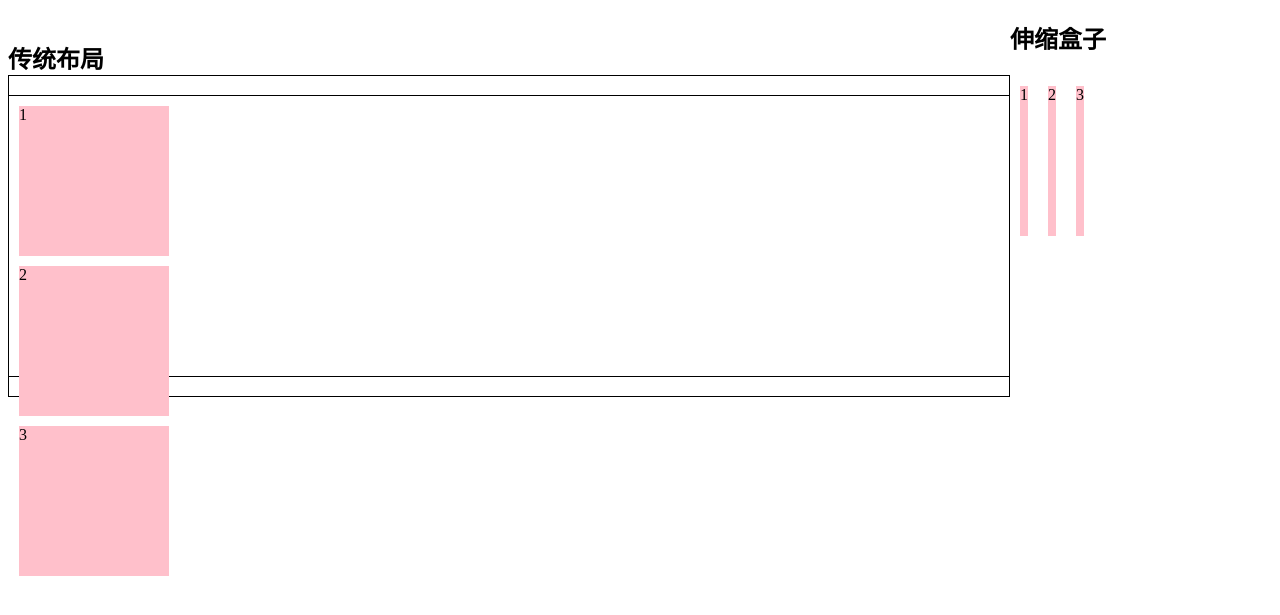
Repository: liuxi0811/web-demo
Page: 伸缩布局.html
An editor plug-in stored every save of this project. The page is shown before and after the next save, followed by the edit.
The browser window is 1280 px wide. The pictures show the whole page.

Above is the page before, as saved 2020-12-03 18:08:13.

After the next save:
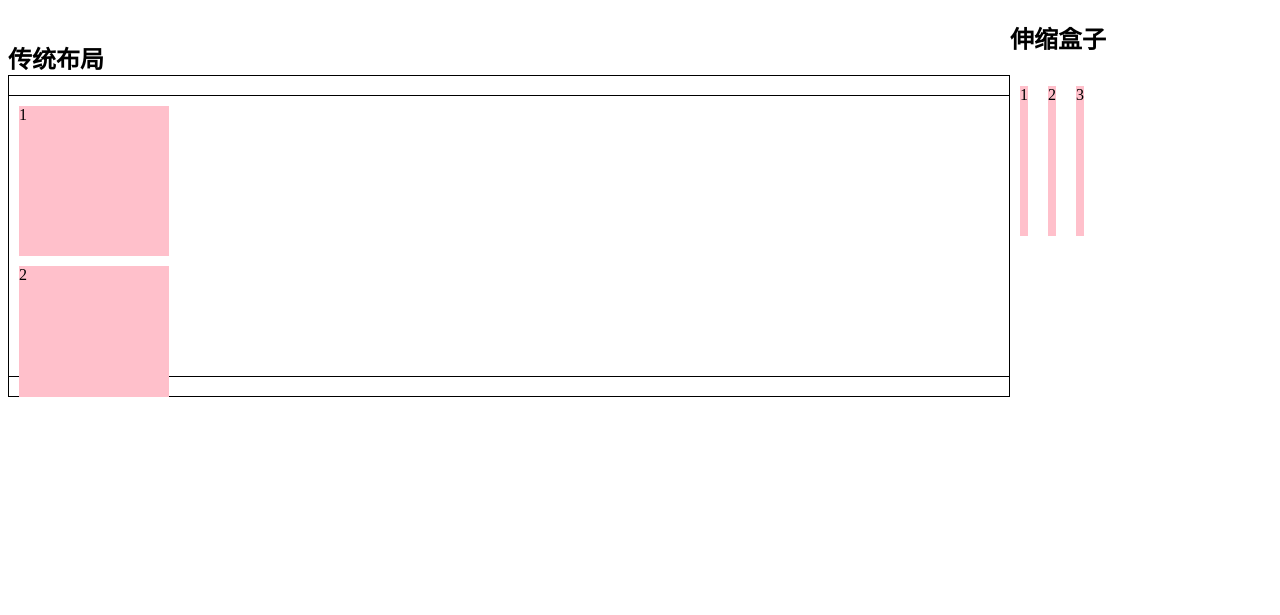
Saved 53 s later.
--- a/伸缩布局.html
+++ b/伸缩布局.html
@@ -23,12 +23,14 @@
 
         ul {
             list-style: none;
-
             margin: 0px;
             padding: 0px;
 
         }
 
+        section:nth-child(1){
+           overflow: hidden;
+        }
         section:nth-child(1){
             float: left;
         }

After the 3 saves that followed:
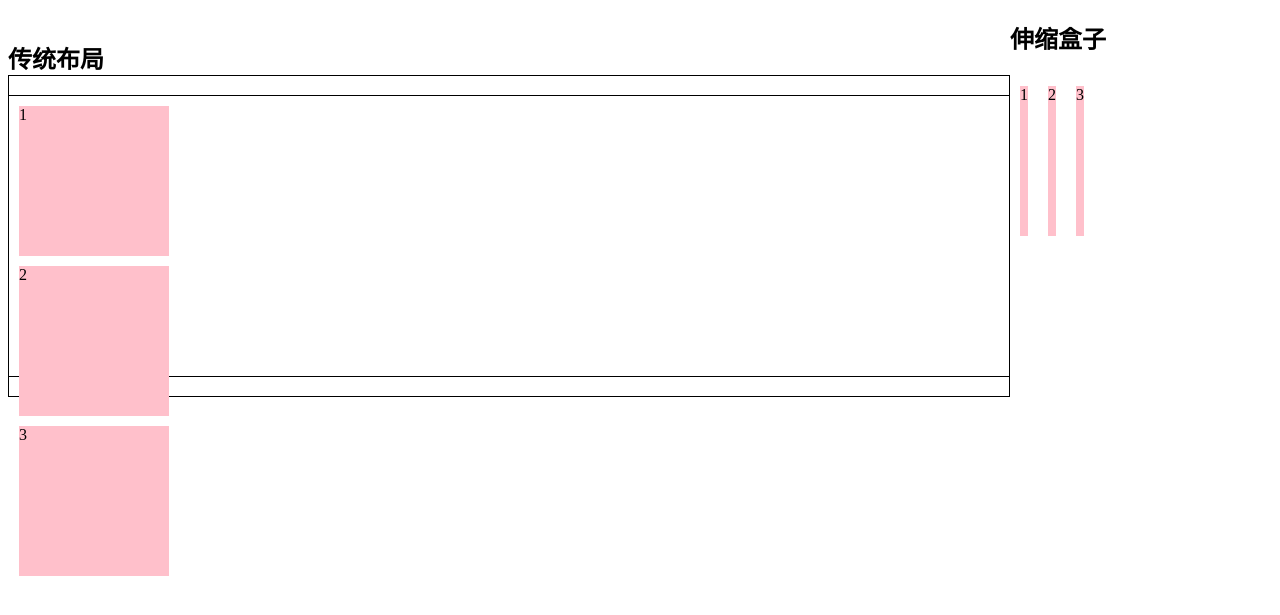
The 3 saves are shown as one change because 2 left the picture as it was.
The last was saved 80 s later.
--- a/伸缩布局.html
+++ b/伸缩布局.html
@@ -18,7 +18,7 @@
             background: pink;
             margin: 10px;
             /* display: flex; */
-            flex: 1;
+
         }
 
         ul {
@@ -28,7 +28,7 @@
 
         }
 
-        section:nth-child(1){
+        section:nth-child(1) ul li{
            overflow: hidden;
         }
         section:nth-child(1){
@@ -50,6 +50,7 @@
                 <li>3</li>
         </div>
     </section>
+
     <section>
         <h1>伸缩盒子</h1>
         <div>
